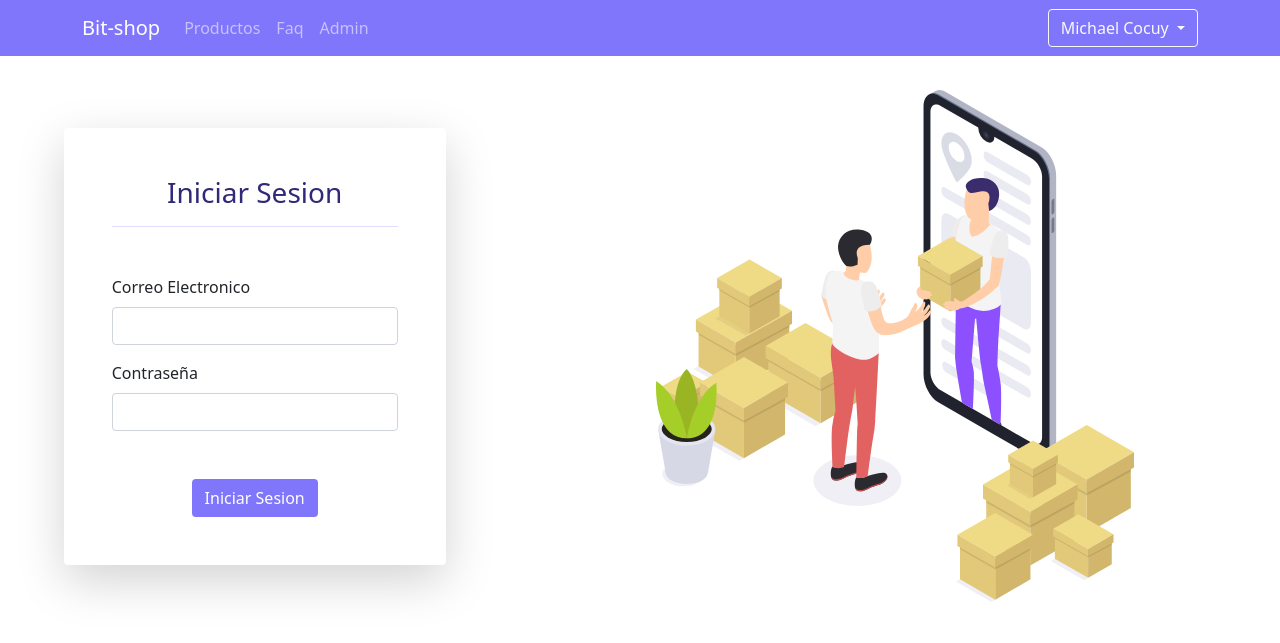
Repository: TzStrikerYT/myClassRoom
Page: /login (app in bit-shop-as/)
The author's editor kept a copy of each file at every save. The page is drawn from the files as they stood at one save, then again after the next save.
The browser window is 1280 px wide. The pictures show the whole page.
The project was rebuilt for these pictures with package versions that can differ from the ones it lists, and the page was loaded fresh each time. Also part of the build but not shown: bit-shop-as/angular.json, bit-shop-as/src/app/components/home/home.component.ts, bit-shop-as/src/app/components/page404/page404.component.ts, bit-shop-as/src/app/components/register/register.component.ts.

Above is the page before, as saved 2022-02-25 21:01:05.

After the next save:
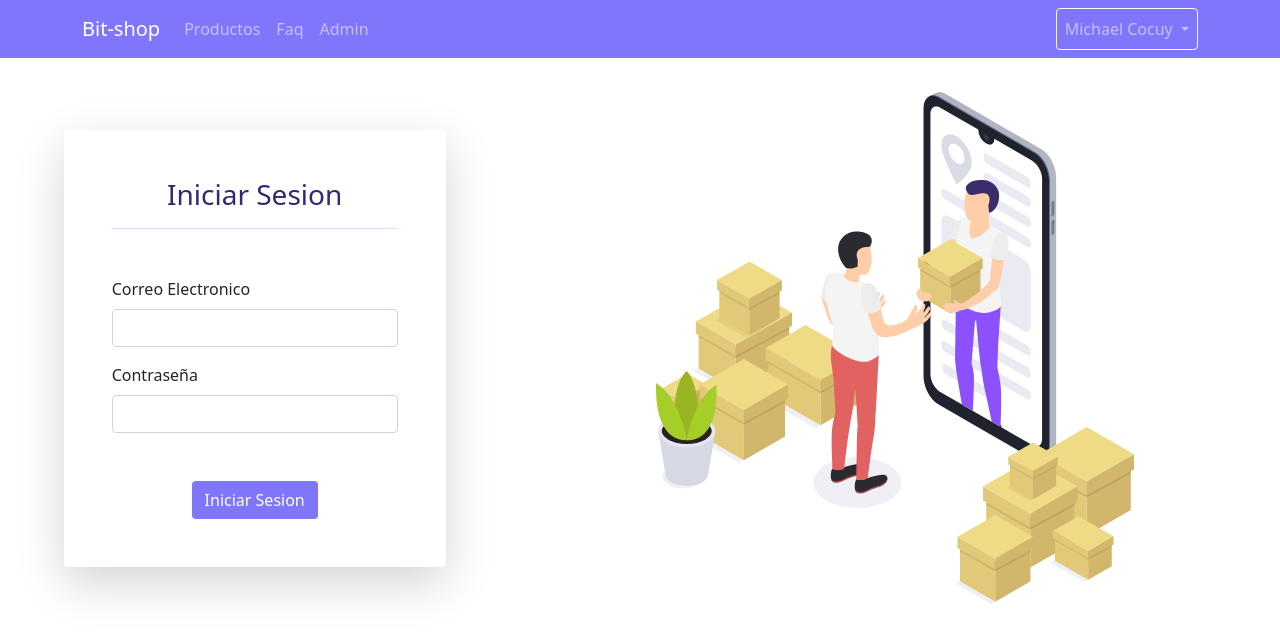
Saved 31 s later.
--- a/bit-shop-as/src/app/components/navbar/navbar.component.html
+++ b/bit-shop-as/src/app/components/navbar/navbar.component.html
@@ -26,7 +26,7 @@
 
       <ng-template #usserLogged>
         <div class="navbar-nav ms-auto">
-            <button type="button" class="btn btn-outline-light dropdown-toggle" data-bs-toggle="dropdown" aria-expanded="false">
+            <button type="button" class="nav-link btn btn-outline-light dropdown-toggle" data-bs-toggle="dropdown" aria-expanded="false">
                 {{ user }}
               </button>
               <ul class="dropdown-menu dropdown-menu-end">

After the save that followed:
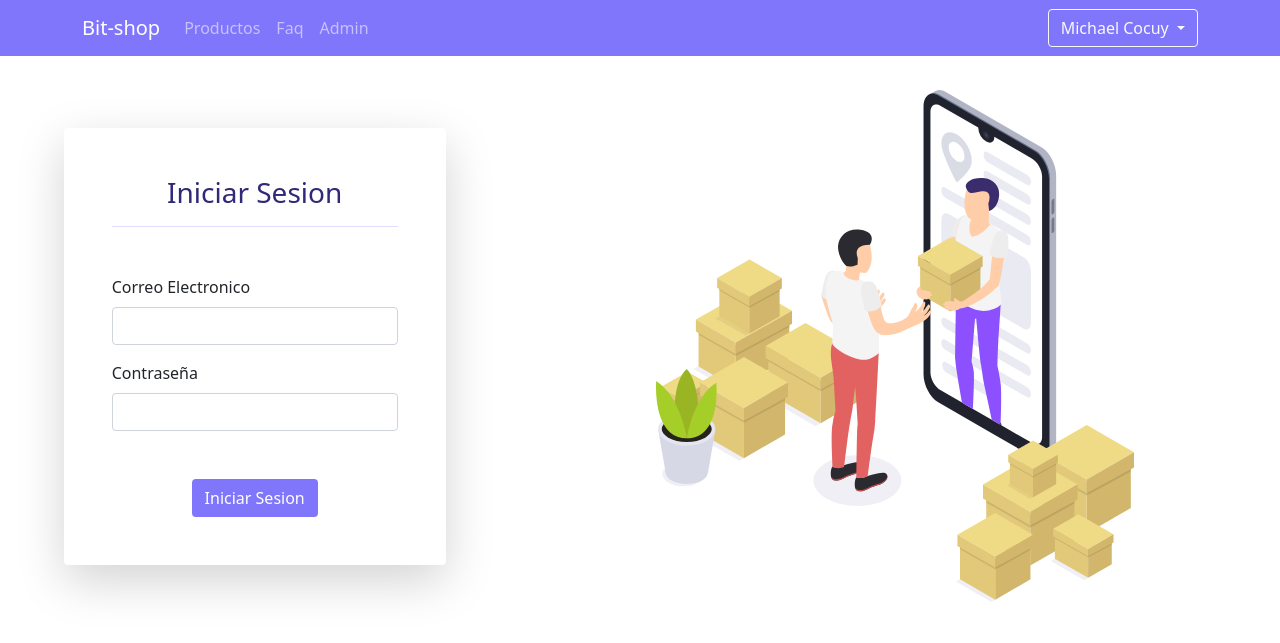
Saved 27 s later.
--- a/bit-shop-as/src/app/components/navbar/navbar.component.html
+++ b/bit-shop-as/src/app/components/navbar/navbar.component.html
@@ -26,9 +26,9 @@
 
       <ng-template #usserLogged>
         <div class="navbar-nav ms-auto">
-            <button type="button" class="nav-link btn btn-outline-light dropdown-toggle" data-bs-toggle="dropdown" aria-expanded="false">
+            <a class="btn btn-outline-light dropdown-toggle" data-bs-toggle="dropdown" aria-expanded="false">
                 {{ user }}
-              </button>
+            </a>
               <ul class="dropdown-menu dropdown-menu-end">
                 <li><button class="dropdown-item" type="button">Opciones</button></li>
                 <li><button class="dropdown-item" type="button">Mis compras</button></li>
